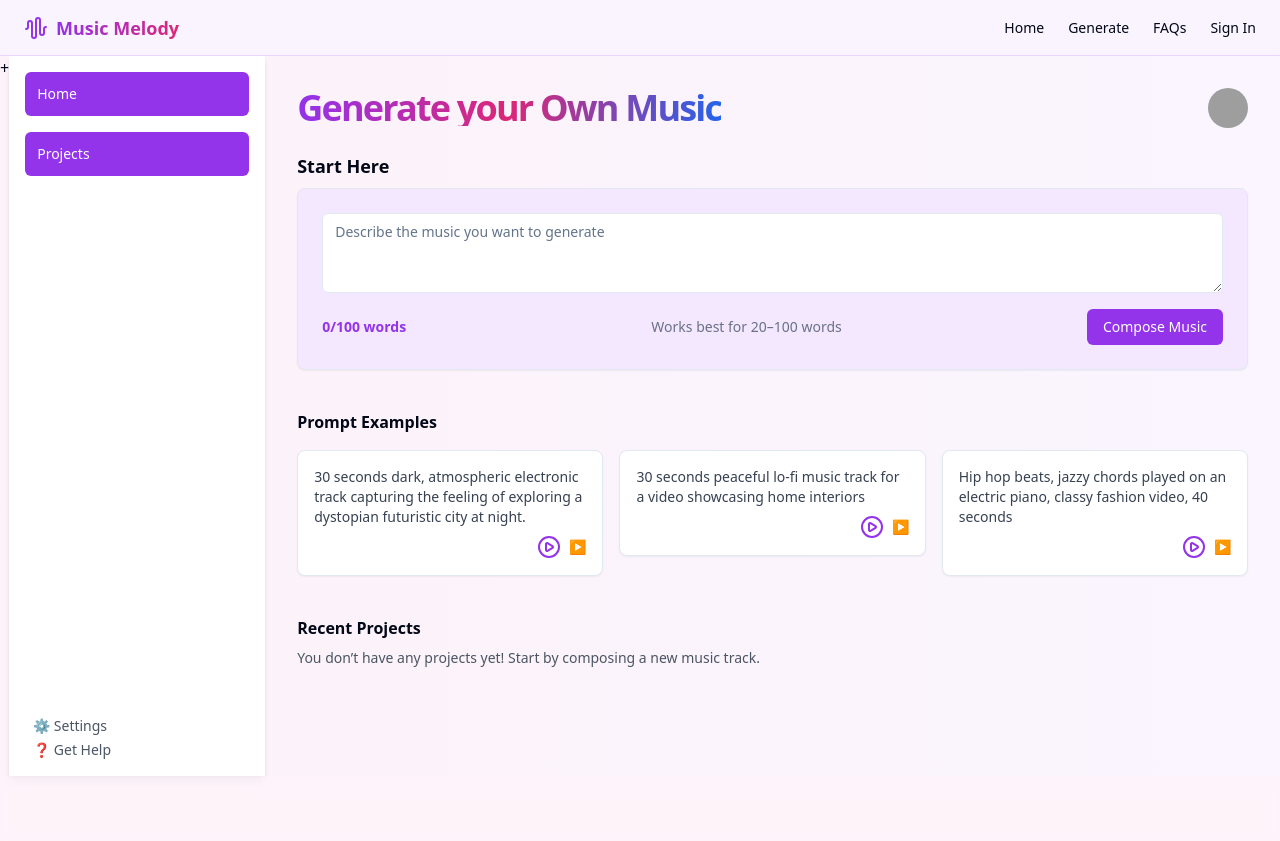
Repository: Aadityakesarwani/musicMelody
Page: /MusicMelodyUI
The author's editor kept a copy of each file at every save. The page is drawn from the files as they stood at one save, then again after the next save.
The browser window is 1280 px wide. The pictures show the whole page.
Pictures or frames that could not be fetched are drawn as grey boxes. An inner scrolling area shows only its first screen. The project was rebuilt for these pictures with package versions that can differ from the ones it lists, and the page was loaded fresh each time. Also part of the build but not shown: vite.config.js, src/components/ui/accordion.jsx, src/components/Faq.jsx, src/components/Hero.jsx, src/components/HowItWorks.jsx, src/context/AuthContext.jsx, src/components/SignIn.jsx, src/components/MusicSection.jsx and 7 more. Imported but missing from the stored project, and not drawn on this page: src/assets/1.mp4, src/assets/2.mp4, src/assets/3.mp4, src/assets/4.mp4, src/assets/5.mp4.

Above is the page before, as saved 2025-04-13 19:08:05.

After the next save:
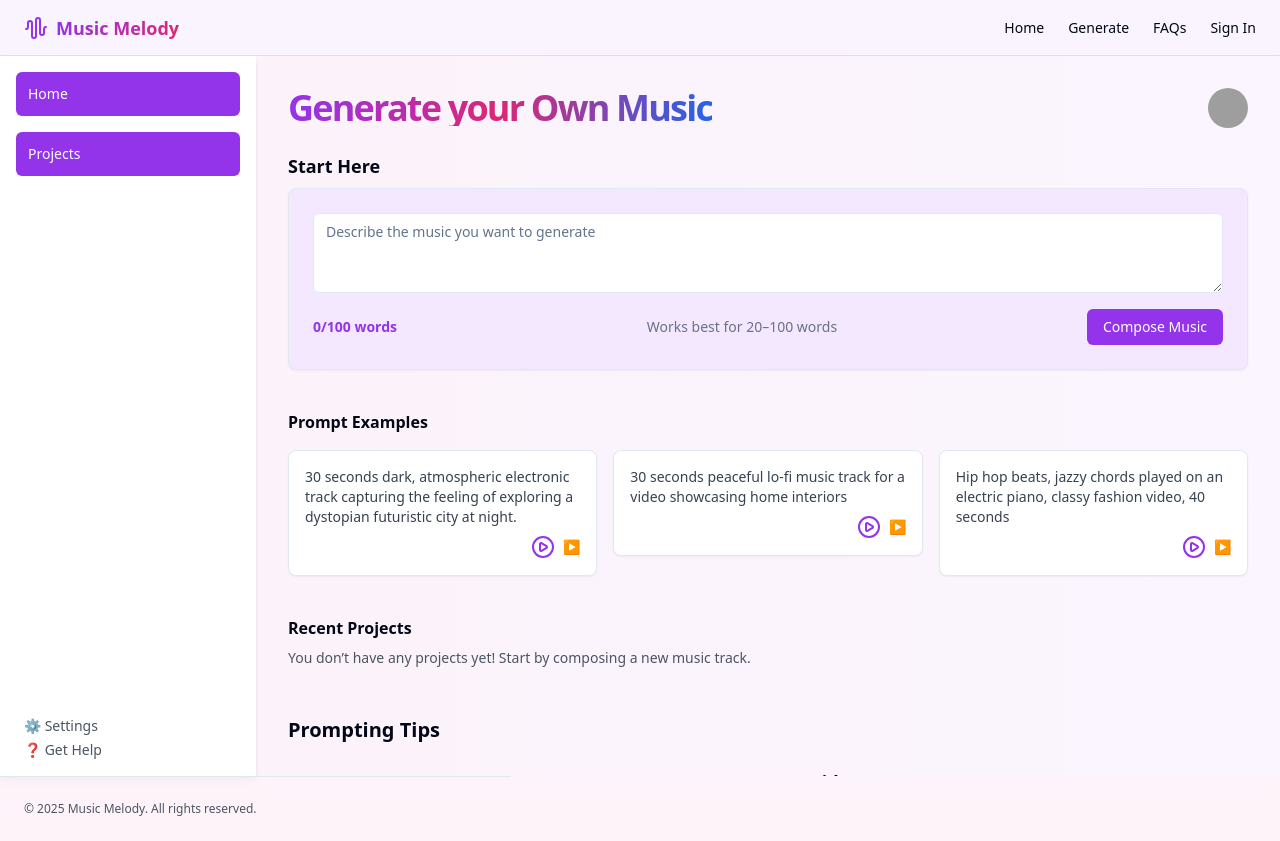
Saved 11 min 59 s later.
--- a/src/components/MusicMelodyUI.jsx
+++ b/src/components/MusicMelodyUI.jsx
@@ -4,12 +4,11 @@ import { Link } from "react-router-dom";
 import { Card } from "./ui/card";
 import { Avatar, AvatarImage } from "./ui/avatar";
 import { Textarea } from "./ui/textarea";
-import { CirclePlay} from "lucide-react";
-
+import { CirclePlay } from "lucide-react";
 
 export default function MusicMelodyUI() {
   return (
-    <div className="flex h-screen bg-gradient-to-r from-pink-50 to-purple-50">+
+    <div className="flex h-screen bg-gradient-to-r from-pink-50 to-purple-50">
       {/* Sidebar */}
       <aside className="w-1/5 p-4 bg-white shadow-md flex flex-col justify-between">
         <div>
@@ -20,10 +19,10 @@ export default function MusicMelodyUI() {
               </Button>
             </Link>
             <Link to="/ProjectDetails">
-            <Button variant="outline" className="w-full justify-start bg-purple-600 hover:bg-purple-700 text-white px-3 py-3 ">
-              Projects
+              <Button variant="outline" className="w-full justify-start bg-purple-600 hover:bg-purple-700 text-white px-3 py-3">
+                Projects
               </Button>
-              </Link>
+            </Link>
           </nav>
         </div>
         <div className="space-y-1 text-sm text-gray-600 pl-2">
@@ -43,7 +42,9 @@ export default function MusicMelodyUI() {
         >
           <h1 className="text-2xl font-bold tracking-tighter sm:text-2xl md:text-2xl lg:text-4xl/none bg-clip-text text-transparent
            bg-gradient-to-r from-purple-600 via-pink-600 to-blue-600 dark:from-purple-400
-           dark:via-pink-400 dark:to-blue-400">Generate your Own Music</h1>
+           dark:via-pink-400 dark:to-blue-400">
+            Generate your Own Music
+          </h1>
           <Avatar>
             <AvatarImage src="https://github.com/shadcn.png" alt="User avatar" />
           </Avatar>
@@ -61,7 +62,8 @@ export default function MusicMelodyUI() {
               <span className="text-purple-600 font-bold">0/100 words</span>
               <span className="text-gray-500">Works best for 20–100 words</span>
               <Link to="/home">
-              <Button variant="default" className="bg-purple-600 hover:bg-purple-700 text-white px-4 py-2">Compose Music</Button></Link>
+                <Button variant="default" className="bg-purple-600 hover:bg-purple-700 text-white px-4 py-2">Compose Music</Button>
+              </Link>
             </div>
           </Card>
         </section>
@@ -85,9 +87,7 @@ export default function MusicMelodyUI() {
                   <p className="text-sm text-gray-700">{prompt}</p>
                   <div className="flex justify-end mt-2 gap-2">
                     <CirclePlay className="cursor-pointer text-purple-600" />
-                    <Button variant="ghost" size="icon">
-                      ▶
-                    </Button>
+                    <Button variant="ghost" size="icon">▶</Button>
                   </div>
                 </Card>
               </motion.div>
@@ -102,6 +102,37 @@ export default function MusicMelodyUI() {
             You don’t have any projects yet! Start by composing a new music track.
           </p>
         </section>
+
+        {/* Prompting Tips Section */}
+        <section className="mt-12">
+          <h3 className="text-xl font-bold mb-6">Prompting Tips</h3>
+          <div className="grid grid-cols-1 md:grid-cols-2 gap-10">
+            {/* Use Column */}
+            <div>
+              <h4 className="text-lg font-semibold mb-4">Use</h4>
+              <ul className="space-y-4 text-gray-700">
+                <li>✅ Genre, mood, instrument, duration (10s to 15 minutes), or tempo in any combination.</li>
+                <li>✅ Genre like ambient, cinematic, lo-fi, electronic, rock, hio-hop for best results.</li>
+                <li>✅ Keywords to mention the intended use (e.g., podcast, game)</li>
+                <li>✅ Descriptive adjectives (e.g., dreamy, energetic) for tailored outputs.</li>
+              </ul>
+            </div>
+
+            {/* Avoid Column */}
+            <div>
+              <h4 className="text-lg font-semibold mb-4">Avoid</h4>
+              <ul className="space-y-4 text-gray-700">
+                <li>❌ Vague prompts; be specific.</li>
+                <li>❌ Musical terms like keys, scales, or time signatures.</li>
+                <li>❌ Asking for vocals, sounds effective or foiey.</li>
+                <li>❌ Including lyrics or scripts in prompts.</li>
+              </ul>
+            </div>
+          </div>
+          <p className="mt-8 text-sm text-center font-medium text-gray-800">
+            want to read more? get the full guide here
+          </p>
+        </section>
       </main>
     </div>
   );
